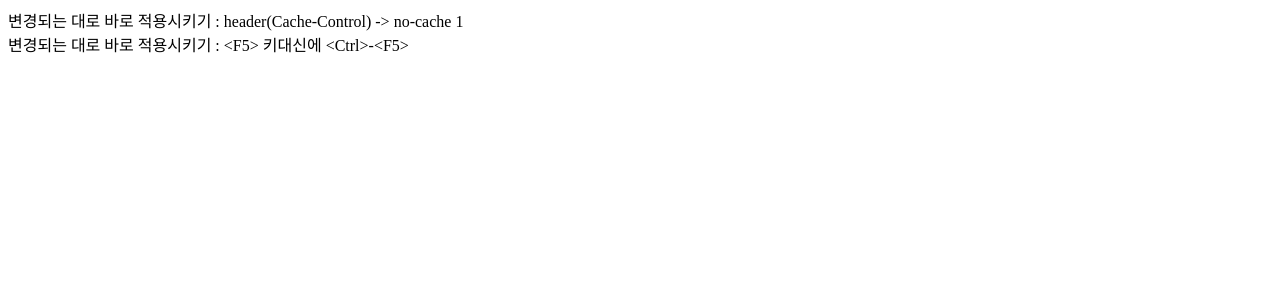
Repository: xo461/test
Page: http://localhost/ch03jsp/response.jsp
These files come from the project's save history. The page is drawn as it stood at one moment and after the next save; the edit follows.
The browser window is 1280 px wide. The pictures show the whole page.
The page is served by Tomcat 9.

Above is the page before, as saved 2019-11-14 01:28:15.

After the next save:
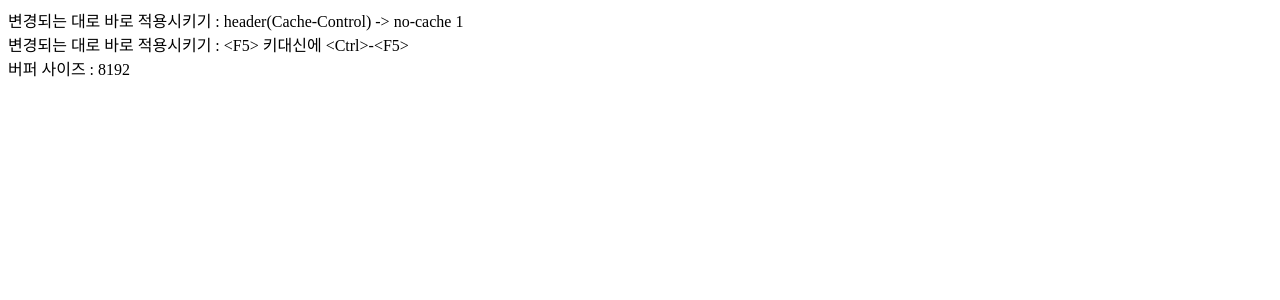
Saved 12 min 17 s later.
--- a/jsp/ch03jsp/WebContent/response.jsp
+++ b/jsp/ch03jsp/WebContent/response.jsp
@@ -9,7 +9,11 @@
 	// 서버 속도가 빠르다. 통신장비는 속도가 느리다. 클라이언트 컴퓨터도 속도가 다르다.
 	// 서로 속도가 다른 장비들을 가지고 처리하려고 하면 속도가 제일 느린 것에 맞춰야 한다.
 	// 데이터를 한개씩 처리하지 않고 한꺼번에 모아서(버퍼) 처리 하도록 하자.
+	// 마지막 남은 데이터를 넘겨주는 메서드 -> flushBuffer
+	// 버퍼란. 클라이언트와 서버간의 속도를 맞춰주기 위한 장치?
 	response.flushBuffer();
+	response.setContentType("text/html;charset=utf-8");
+// 	response.set
 %>
 
 <!DOCTYPE html>
@@ -21,5 +25,6 @@
 <body>
 변경되는 대로 바로 적용시키기 : header(Cache-Control) -> no-cache 1<br/>
 변경되는 대로 바로 적용시키기 : &lt;F5&gt; 키대신에 &lt;Ctrl&gt;-&lt;F5&gt; <br/>
+버퍼 사이즈  : <%= response.getBufferSize() %> <br/>
 </body>
 </html>
